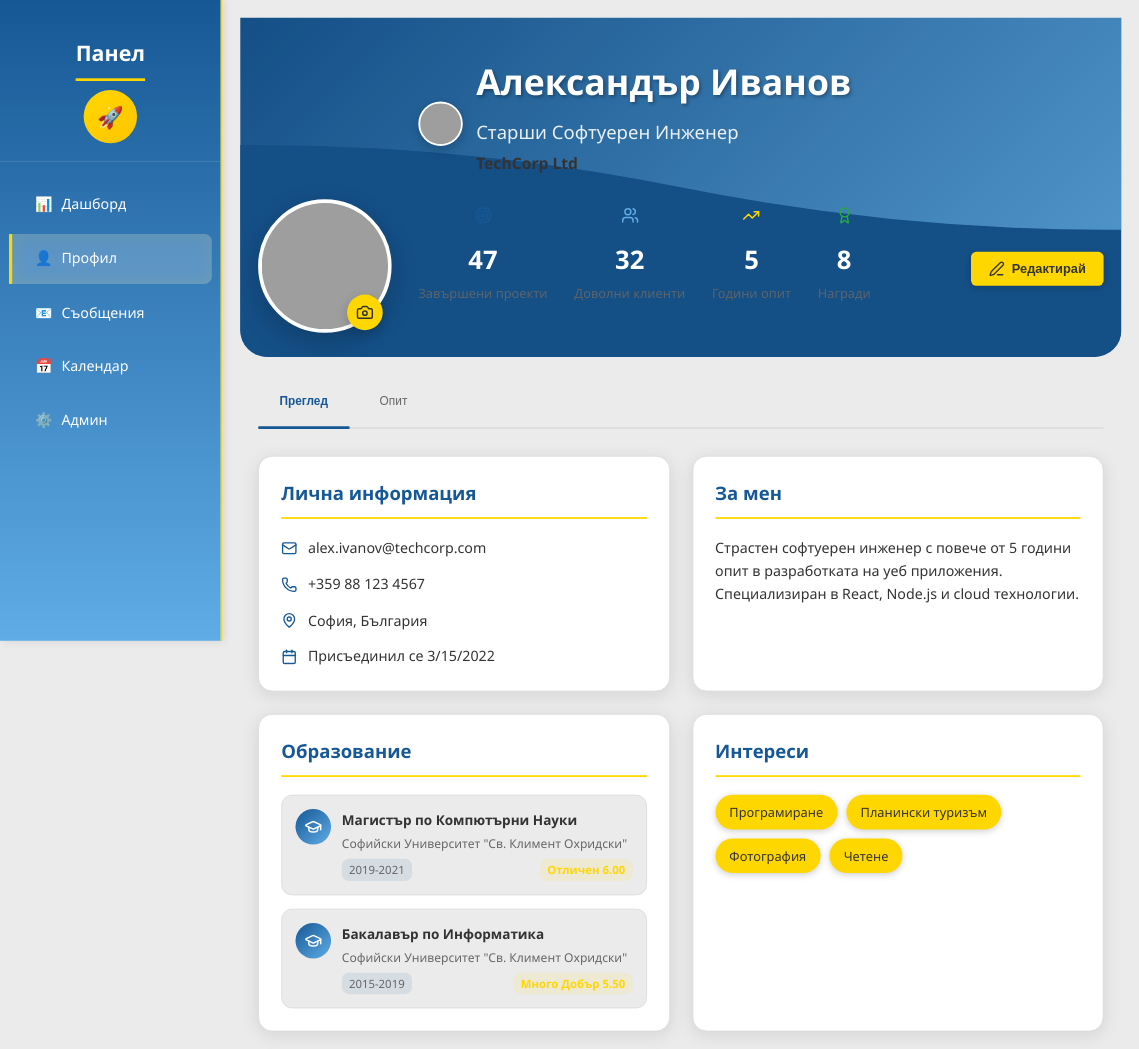
Repository: BorisSavianov/doxa-frontend
Page: /profile
These files come from the project's save history. The page is drawn as it stood at one moment and after the next save; the edit follows.
The browser window is 1280 px wide. The pictures show the whole page, at 89% of full size.
Pictures or frames that could not be fetched are drawn as grey boxes. The project was rebuilt for these pictures with package versions that can differ from the ones it lists, and the page was loaded fresh each time. Also part of the build but not shown: vite.config.js, src/components/Layout/Header.jsx, src/components/Charts/SimpleChart.jsx, src/pages/Dashboard.jsx, src/pages/Inbox.css, src/pages/Inbox.jsx, src/pages/Calendar.css, src/pages/Calendar.jsx and 1 more.

Above is the page before, as saved 2025-10-24 13:48:32.

After the next save:
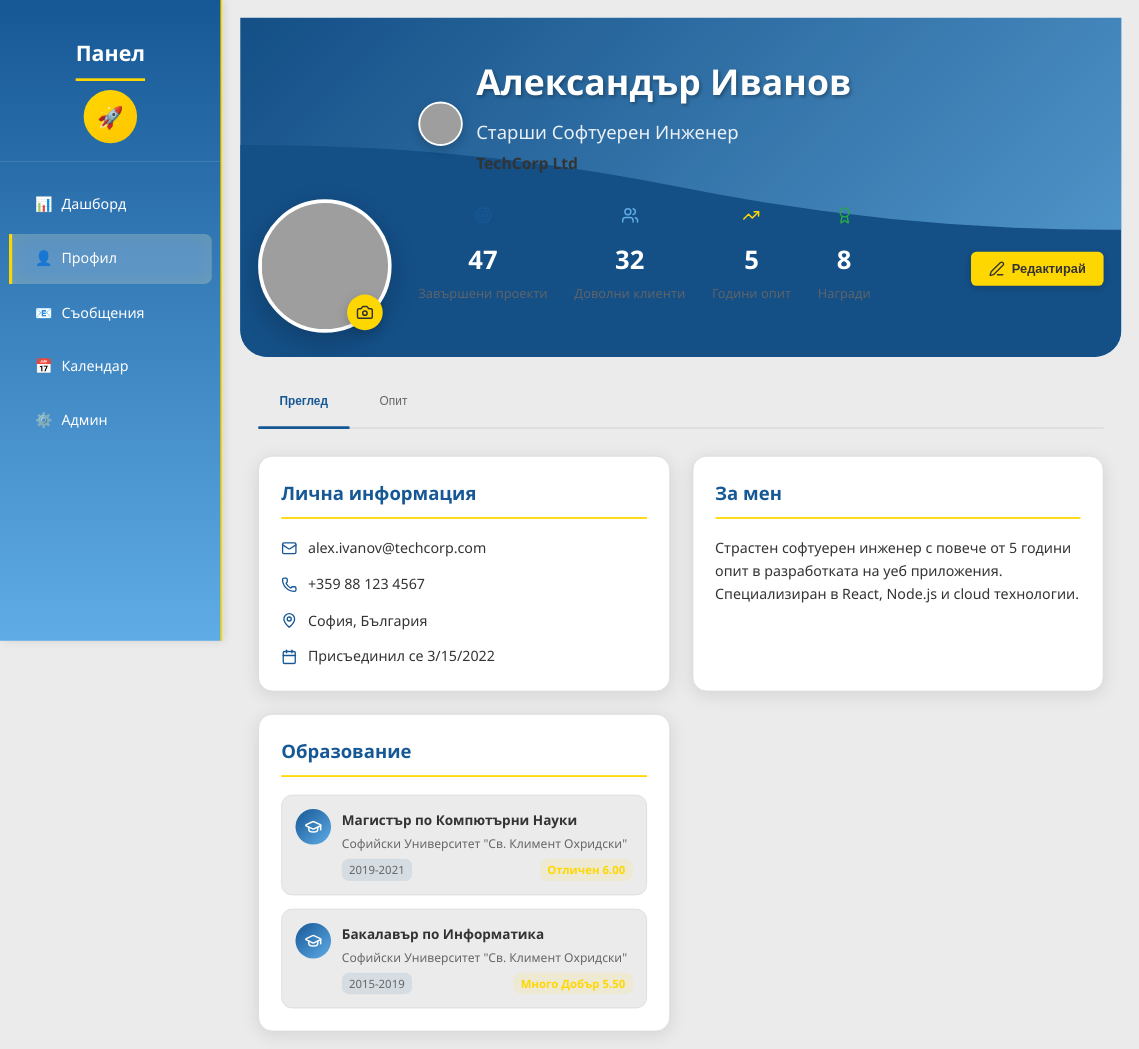
Saved 53 s later.
--- a/src/pages/Profile.jsx
+++ b/src/pages/Profile.jsx
@@ -304,23 +304,6 @@ const Profile = () => {
 
 
 
-                  {/* Interests Card */}
-                  <div className="info-card">
-                    <h3>{t('Интереси', 'Interests')}</h3>
-                    <div className="interests-list">
-                      {profile.interests.map((interest, index) => (
-                        <motion.span
-                          key={interest}
-                          className="interest-tag"
-                          initial={{ scale: 0 }}
-                          animate={{ scale: 1 }}
-                          transition={{ delay: index * 0.1 }}
-                        >
-                          {interest}
-                        </motion.span>
-                      ))}
-                    </div>
-                  </div>
                 </div>
               </motion.div>
             )}
